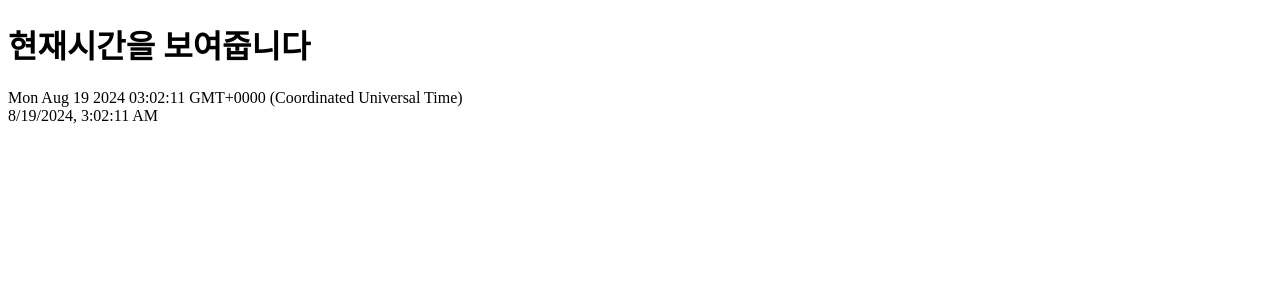
Repository: ssummini/Web
Page: JavaScript/src/main/webapp/js/exam22.html
The author's editor kept a copy of each file at every save. The page is drawn from the files as they stood at one save, then again after the next save.
The browser window is 1280 px wide. The pictures show the whole page.

Above is the page before, as saved 2024-08-21 05:15:28.

After the next save:
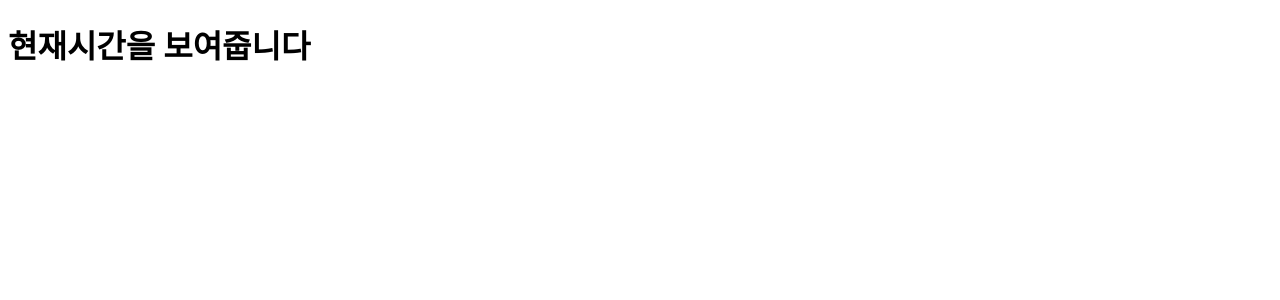
Console error: ReferenceError: now is not defined
Saved 4 min 1 s later.
--- a/JavaScript/src/main/webapp/js/exam22.html
+++ b/JavaScript/src/main/webapp/js/exam22.html
@@ -4,13 +4,20 @@
 <meta charset="UTF-8">
 <title>Insert title here</title>
 </head>
-<body>
+<body onload="startTime()"> <!-- body태그를 다 읽으면 startTime()을 부르겠다. -->
 	<h1 id="timer">현재시간을 보여줍니다</h1>
 
 <script type="text/javascript">
-	let now = new Date(); //내장객체
-	document.write(now + "<br/>");
-	document.write(now.toLocaleString());
+	//let now = new Date(); //내장객체
+	//document.write(now + "<br/>");
+	//document.write(now.toLocaleString());
+
+	function startTime(){ //구현
+		setInterval(() => {
+			let today = new Date();
+			document.write(now.toLocaleString());
+		}, 1000);
+	}
 </script>
 </body>
 </html>

After the save that followed:
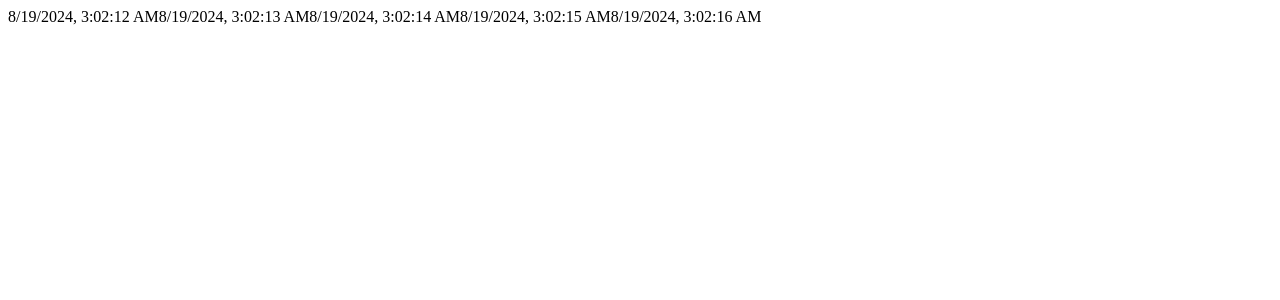
The error is gone.
Saved 27 s later.
--- a/JavaScript/src/main/webapp/js/exam22.html
+++ b/JavaScript/src/main/webapp/js/exam22.html
@@ -15,7 +15,7 @@
 	function startTime(){ //구현
 		setInterval(() => {
 			let today = new Date();
-			document.write(now.toLocaleString());
+			document.write(today.toLocaleString());
 		}, 1000);
 	}
 </script>
